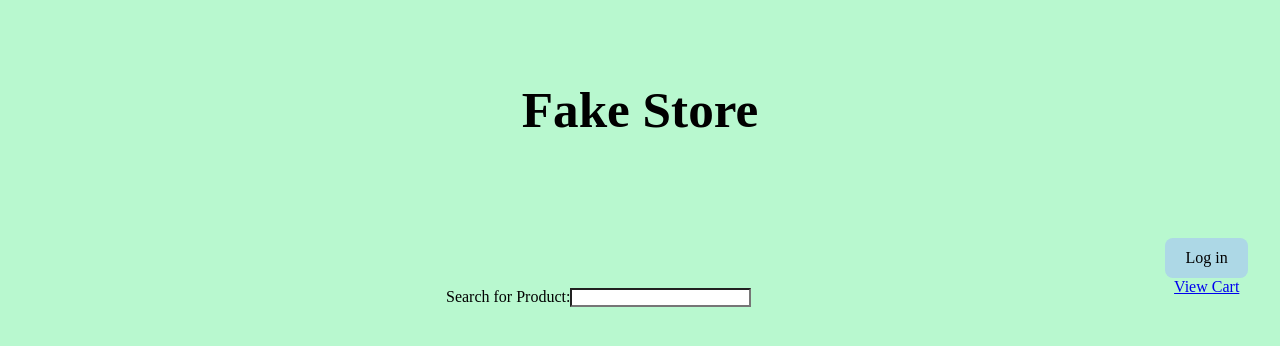
Repository: Andres513/CapStone
Page: /
These files come from the project's save history. The page is drawn as it stood at one moment and after a run of saves; the edit follows.
The browser window is 1280 px wide. The pictures show the whole page.
The page's requests for data from a server got no answer. The project was rebuilt for these pictures with package versions that can differ from the ones it lists, and the page was loaded fresh each time. No one was signed in, and anything a server would have sent is missing. Also part of the build but not shown: vite.config.js, src/components/Login.jsx, src/components/Cart.jsx, src/components/SingleProduct.jsx, src/components/ProductsByCategory.jsx, src/components/LoggedOut.jsx, src/components/Checkout.jsx.

Above is the page before, as saved 2024-04-11 11:09:23.

After the next 2 saves:
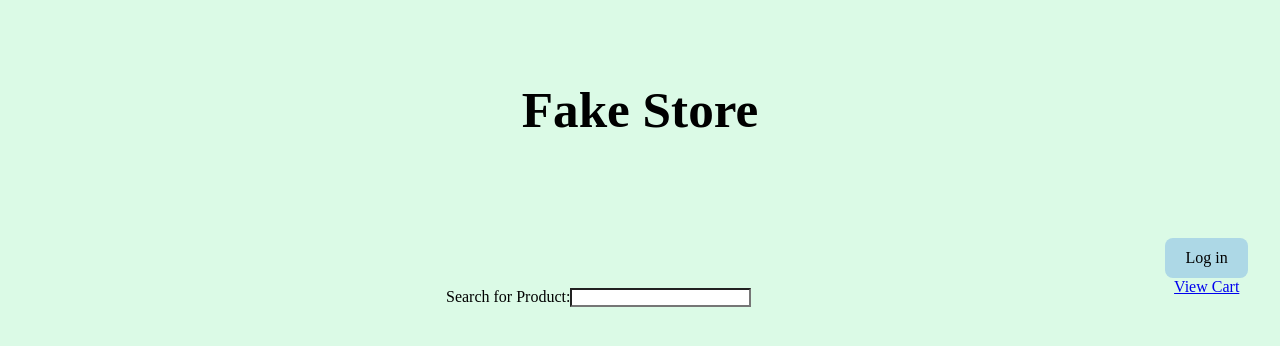
The 2 saves are shown as one change because they came seconds apart.
The last was saved 7 s later.
--- a/src/index.css
+++ b/src/index.css
@@ -3,7 +3,7 @@
   margin: 0;
   padding: 0;
   box-sizing: border-box;
-  background-color: rgb(184, 248, 207);
+  background-color: rgb(219, 250, 230);
 }
 h1 {
   font-size: 3.2em;
